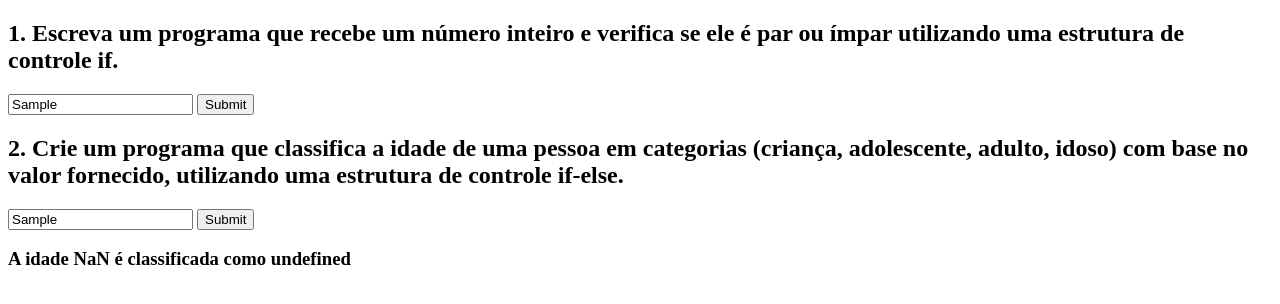
Repository: chidekina/prati-logica
Page: index.html
These files come from the project's save history. The page is drawn as it stood at one moment and after a run of saves; the edit follows.
The browser window is 1280 px wide. The pictures show the whole page.
Empty fields were first filled with sample values (such as "Sample", 5 or name@example.com).
After loading, the first visible `input[onclick="classificacaoEtaria()"]` was clicked once.

Above is the page before, as saved 2025-04-29 13:51:11.

After the next 4 saves:
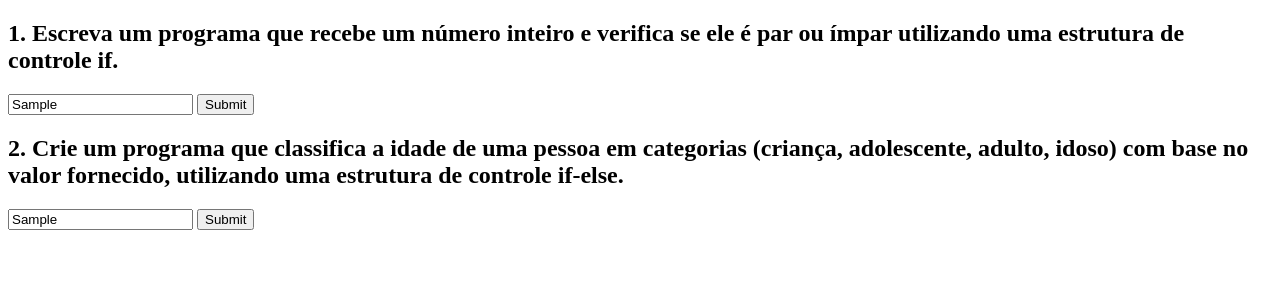
Console error: SyntaxError: Unexpected end of input
The 4 saves are shown as one change because they came seconds apart.
The last was saved 28 s later.
--- a/app.js
+++ b/app.js
@@ -20,7 +20,9 @@ function classificacaoEtaria() {
 
     if (isNaN(idade) || idade > 100 || idade < 0) {
         alert("Digite uma idade valida");
-    } else if (idade >= 60) {
+    } else {
+
+    if (idade >= 60) {
         classificacao = 'idoso';
     } else if (idade >= 20) {
         classificacao = 'adulto';
@@ -29,6 +31,5 @@ function classificacaoEtaria() {
     } else {
         classificacao = 'criança';
     }
-
     answer2.innerHTML = `A idade ${idade} é classificada como ${classificacao}`;
 }
